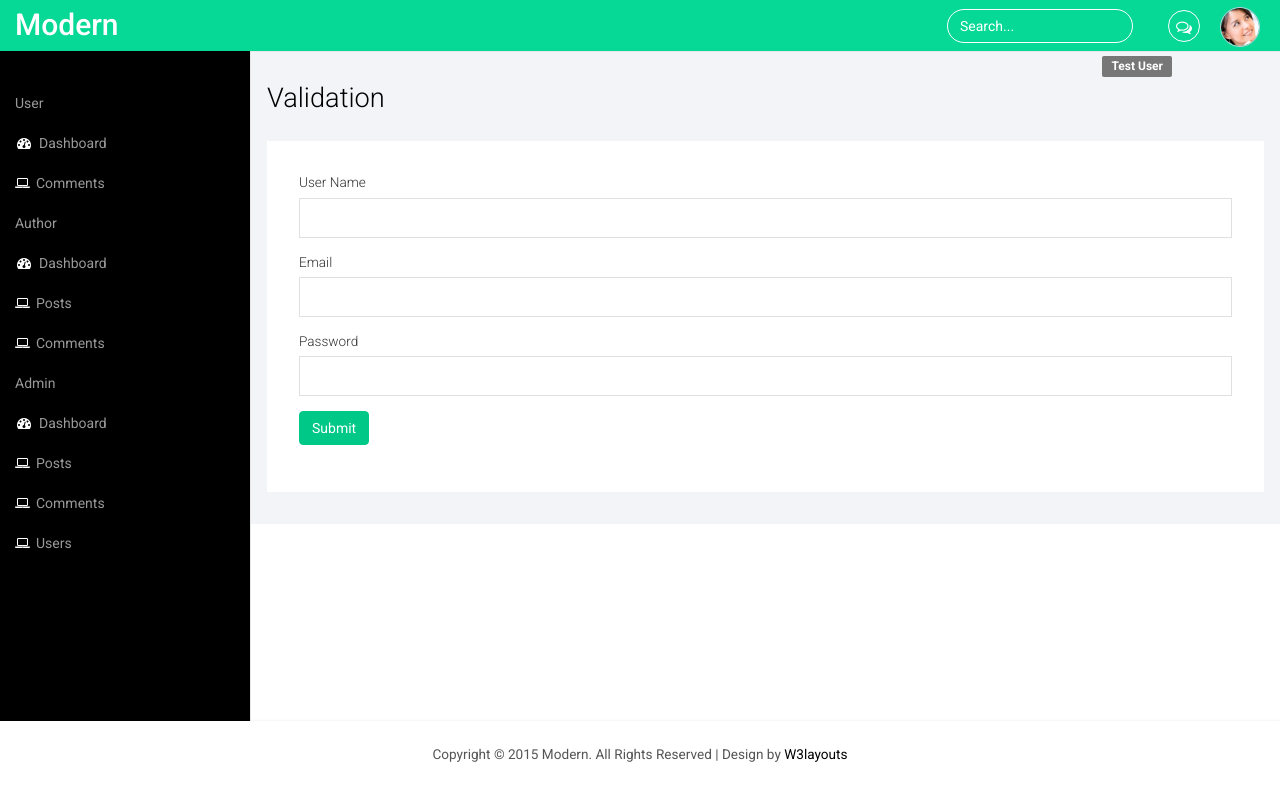
Repository: NomanMustafa/laravel-blog
Page: http://localhost/user/profile
The author's editor kept a copy of each file at every save. The page is drawn from the files as they stood at one save, then again after the next save.
The browser window is 1280 px wide. The pictures show the whole page.
The page is served by the project's Laravel application, run on PHP 8.4 with Laravel 8. A made-up administrator, Test User (test@example.com), is signed in. Other server files are loaded and not shown.

Above is the page before, as saved 2020-07-06 00:49:44.
Console error (its wording comes from the project's code and is left out).

### routes/web.php
<?php

use Illuminate\Support\Facades\Route;

/*
|--------------------------------------------------------------------------
| Web Routes
|--------------------------------------------------------------------------
|
| Here is where you can register web routes for your application. These
| routes are loaded by the RouteServiceProvider within a group which
| contains the "web" middleware group. Now create something great!
|
 */

// Route::get('/', function () {
//     return view('welcome');
// });
Route::get('/', 'PublicControler@index')->name('index');
Route::get('post/{post}', 'PublicControler@singlePost')->name('singlePost');
Route::get('/about', 'PublicControler@about')->name('about');
Route::get('/contect', 'PublicControler@contect')->name('contect');
Route::post('/contect', 'PublicControler@contectPost')->name('contectPost');

Auth::routes();
Route::get('/dashboard', 'HomeController@index')->name('dashboard');

Route::prefix('user')->group(function () {
    Route::get('dashboard', 'UserController@dashboard')->name('userDashboard');
    Route::get('comments', 'UserController@comments')->name('userComments');
    Route::get('profile', 'UserController@profile')->name('userProfile');
});

Route::prefix('author')->group(function () {
    Route::get('dashboard', 'AuthorController@dashboard')->name('authorDashboard');
    Route::get('posts', 'AuthorController@posts')->name('authorPosts');
    Route::get('comments', 'AuthorController@comments')->name('authorComments');
});

Route::prefix('admin')->group(function () {
    Route::get('/dashboard', 'AdminController@dashboard')->name('adminDashboard');
    Route::get('/posts', 'AdminController@posts')->name('adminPosts');
    Route::get('/comments', 'AdminController@comments')->name('adminComments');
    Route::get('/users', 'AdminController@users')->name('adminUsers');
});

### app/Http/Controllers/UserController.php
<?php

namespace App\Http\Controllers;

class UserController extends Controller
{
    public function dashboard()
    {
        return view('user.dashboard');
    }

    public function comments()
    {
        return view('user.comments');
    }
    public function profile()
    {
        return view('user.profile');
    }
}

### resources/views/user/profile.blade.php
@extends('layouts.admin')

@section('content')

<div id="page-wrapper">
     <div class="col-md-12 graphs">
	     <div class="xs">
  	    <h3>Validation</h3>
  	    <div class="well1 white">
        <form class="form-floating ng-pristine ng-invalid ng-invalid-required ng-valid-email ng-valid-url ng-valid-pattern" novalidate="novalidate" ng-submit="submit()">
          <fieldset>
            <div class="form-group">
              <label class="control-label">User Name</label>
              <input type="text" class="form-control1 ng-invalid ng-invalid-required ng-touched" ng-model="model.name" required="">
            </div>
            <div class="form-group">
              <label class="control-label">Email</label>
              <input type="email" class="form-control1 ng-invalid ng-valid-email ng-invalid-required ng-touched" ng-model="model.email" required="">
            </div>
            <div class="form-group">
              <label class="control-label">Password</label>
              <input type="password" class="form-control1 ng-invalid ng-invalid-required ng-touched" ng-model="model.password" required="">
            </div>





            <div class="form-group">
              <button type="submit" class="btn btn-primary">Submit</button>

            </div>
          </fieldset>
        </form>
      </div>
    </div>
    </div>
    </div>


@endsection

### resources/views/layouts/admin.blade.php
<!--
Author: W3layouts
Author URL: http://w3layouts.com
License: Creative Commons Attribution 3.0 Unported
License URL: http://creativecommons.org/licenses/by/3.0/
-->
<!DOCTYPE HTML>
<html>
<head>
<title>Modern an Admin Panel Category Flat Bootstarp Resposive Website Template | Home :: w3layouts</title>
<meta name="viewport" content="width=device-width, initial-scale=1">
<meta http-equiv="Content-Type" content="text/html; charset=utf-8" />
<meta name="keywords" content="Modern Responsive web template, Bootstrap Web Templates, Flat Web Templates, Andriod Compatible web template,
Smartphone Compatible web template, free webdesigns for Nokia, Samsung, LG, SonyErricsson, Motorola web design" />
<script type="application/x-javascript"> addEventListener("load", function() { setTimeout(hideURLbar, 0); }, false); function hideURLbar(){ window.scrollTo(0,1); } </script>
 <!-- Bootstrap Core CSS -->
<link href="{{ asset('admin/assets/css/bootstrap.min.css') }}" rel='stylesheet' type='text/css' />
<!-- Custom CSS -->
<link href="{{ asset('admin/assets/css/style.css') }}" rel='stylesheet' type='text/css' />
<!-- Graph CSS -->
<link href="{{ asset('admin/assets/css/lines.css') }}" rel='stylesheet' type='text/css' />
<link href="{{ asset('admin/assets/css/font-awesome.css') }}" rel="stylesheet">
<!-- jQuery -->
<script src="{{ asset('admin/assets/js/jquery.min.js') }}"></script>
<!----webfonts--->
<link href='http://fonts.googleapis.com/css?family=Roboto:400,100,300,500,700,900' rel='stylesheet' type='text/css'>
<!---//webfonts--->
<!-- Nav CSS -->
<link href="{{ asset('admin/assets/css/custom.css') }}" rel="stylesheet">
<!-- Metis Menu Plugin JavaScript -->
<script src="{{ asset('admin/assets/js/metisMenu.min.js') }}"></script>
<script src="{{ asset('admin/assets/js/custom.js') }}"></script>
<!-- Graph JavaScript -->
<script src="{{ asset('admin/assets/js/d3.v3.js') }}"></script>
<script src="{{ asset('admin/assets/js/rickshaw.js') }}"></script>
</head>
<body>
<div id="wrapper">
     <!-- Navigation -->
       <nav class="top1 navbar navbar-default navbar-static-top" role="navigation" style="margin-bottom: 0">
            @include('includes.admin.headerNavigation')
            @include('includes.admin.sideBar')
                 </nav>
@yield('content')
<script>

var seriesData = [ [], [], [], [], [] ];
var random = new Rickshaw.Fixtures.RandomData(50);

for (var i = 0; i < 75; i++) {
	random.addData(seriesData);
}

var graph = new Rickshaw.Graph( {
	element: document.getElementById("chart"),
	renderer: 'multi',

	dotSize: 5,
	series: [
		{
			name: 'temperature',
			data: seriesData.shift(),
			color: '#AFE9FF',
			renderer: 'stack'
		}, {
			name: 'heat index',
			data: seriesData.shift(),
			color: '#FFCAC0',
			renderer: 'stack'
		}, {
			name: 'dewpoint',
			data: seriesData.shift(),
			color: '#555',
			renderer: 'scatterplot'
		}, {
			name: 'pop',
			data: seriesData.shift().map(function(d) { return { x: d.x, y: d.y / 4 } }),
			color: '#555',
			renderer: 'bar'
		}, {
			name: 'humidity',
			data: seriesData.shift().map(function(d) { return { x: d.x, y: d.y * 1.5 } }),
			renderer: 'line',
			color: '#ef553a'
		}
	]
} );


graph.render();

var detail = new Rickshaw.Graph.HoverDetail({
	graph: graph
});
</script>
</div>
	      <!-- map -->
<link href="{{ asset('admin/assets/css/jqvmap.css') }}" rel='stylesheet' type='text/css' />
<script src="{{ asset('admin/assets/js/jquery.vmap.js') }}"></script>
<script src="{{ asset('admin/assets/js/jquery.vmap.sampledata.js') }}" type="text/javascript"></script>
<script src="{{ asset('admin/assets/js/jquery.vmap.world.js') }}" type="text/javascript"></script>
<script type="text/javascript">
	jQuery(document).ready(function() {
		jQuery('#vmap').vectorMap({
		    map: 'world_en',
		    backgroundColor: '#333333',
		    color: '#ffffff',
		    hoverOpacity: 0.7,
		    selectedColor: '#666666',
		    enableZoom: true,
		    showTooltip: true,
		    values: sample_data,
		    scaleColors: ['#C8EEFF', '#006491'],
		    normalizeFunction: 'polynomial'
		});
	});
</script>
<!-- //map -->
       </div>
       <div class="clearfix"> </div>
    </div>




		<div class="copy">
            <p>Copyright &copy; 2015 Modern. All Rights Reserved | Design by <a href="http://w3layouts.com/" target="_blank">W3layouts</a> </p>
	    </div>

      <!-- /#page-wrapper -->

    <!-- /#wrapper -->
    <!-- Bootstrap Core JavaScript -->
    <script src="{{ asset('admin/assets/js/bootstrap.min.js') }}"></script>
    <link href="{{ asset('admin/assets/css/custom.css') }}" rel="stylesheet">
<!-- Metis Menu Plugin JavaScript -->
<script src="{{ asset('admin/assets/js/metisMenu.min.js') }}"></script>
<script src="{{ asset('admin/assets/js/custom.js') }}"></script>
</body>
</html>

### resources/views/includes/admin/headerNavigation.blade.php
<div class="navbar-header">
     <button type="button" class="navbar-toggle" data-toggle="collapse" data-target=".navbar-collapse">
         <span class="sr-only">Toggle navigation</span>
         <span class="icon-bar"></span>
         <span class="icon-bar"></span>
         <span class="icon-bar"></span>
     </button>
     <a class="navbar-brand" href="index.html">Modern</a>
 </div>
 <!-- /.navbar-header -->
 <ul class="nav navbar-nav navbar-right">
     <li class="dropdown">
         <a href="#" class="dropdown-toggle" data-toggle="dropdown" aria-expanded="false"><i class="fa fa-comments-o"></i></a> <span class="badge">{{ Auth::user()->name }}</span>

     <li class="dropdown">
         <a href="#" class="dropdown-toggle avatar" data-toggle="dropdown"><img src="{{ asset('admin/assets/images/1.png') }}"></a>
         <ul class="dropdown-menu">

             <form id="logout-form" method="post" action="{{ route('logout') }}"> @csrf </form>
             <li class="m_2"><a href="#" onclick="document.getElementById('logout-form').submit();"><i class="fa fa-lock"></i> Logout</a></li>
         </ul>
     </li>
 </ul>
 <form class="navbar-form navbar-right">
     <input type="text" class="form-control" value="Search..." onfocus="this.value = '';" onblur="if (this.value == '') {this.value = 'Search...';}">
 </form>

### resources/views/includes/admin/sideBar.blade.php
<div class="navbar-default sidebar" role="navigation">
    <div class="sidebar-nav navbar-collapse">
        <ul class="nav" id="side-menu">
            <li><a>User</a> </li>
            <li>
                <a href=""><i class="fa fa-dashboard fa-fw nav_icon"></i>Dashboard</a>
            </li>
            <li>
                <a href="#"><i class="fa fa-laptop nav_icon"></i>Comments</a>

                <!-- /.nav-second-level -->
            </li>
            <li> <a>Author</a> </li>
            <li>
                <a href=""><i class="fa fa-dashboard fa-fw nav_icon"></i>Dashboard</a>
            </li>
            <li>
                <a href="#"><i class="fa fa-laptop nav_icon"></i>Posts</a>

                <!-- /.nav-second-level -->
            </li>
            <li>
                <a href="#"><i class="fa fa-laptop nav_icon"></i>Comments</a>

                <!-- /.nav-second-level -->
            </li>
            <li><a>Admin</a></li>
            <li>
                <a href=""><i class="fa fa-dashboard fa-fw nav_icon"></i>Dashboard</a>
            </li>
            <li>
                <a href="#"><i class="fa fa-laptop nav_icon"></i>Posts</a>

                <!-- /.nav-second-level -->
            </li>
            <li>
                <a href="#"><i class="fa fa-laptop nav_icon"></i>Comments</a>

                <!-- /.nav-second-level -->
            </li>
            <li>
                <a href="#"><i class="fa fa-laptop nav_icon"></i>Users</a>

                <!-- /.nav-second-level -->
            </li>



        </ul>
    </div>
    <!-- /.sidebar-collapse -->
</div>
<!-- /.navbar-static-side -->

### public/admin/assets/css/lines.css

.rickshaw_graph .detail {
	pointer-events: none;
	position: absolute;
	top: 0;
	z-index: 2;
	background: rgba(0, 0, 0, 0.1);
	bottom: 0;
	width: 1px;
	transition: opacity 0.25s linear;
	-moz-transition: opacity 0.25s linear;
	-o-transition: opacity 0.25s linear;
	-webkit-transition: opacity 0.25s linear;
}
.rickshaw_graph .detail.inactive {
	opacity: 0;
}
.rickshaw_graph .detail .item.active {
	opacity: 1;
}
.rickshaw_graph .detail .x_label {
	font-family: Arial, sans-serif;
	border-radius: 3px;
	padding: 6px;
	opacity: 0.5;
	border: 1px solid #e0e0e0;
	font-size: 12px;
	position: absolute;
	background: white;
	white-space: nowrap;
}
.rickshaw_graph .detail .x_label.left {
	left: 0;
}
.rickshaw_graph .detail .x_label.right {
	right: 0;
}
.rickshaw_graph .detail .item {
	position: absolute;
	z-index: 2;
	border-radius: 3px;

	font-size: 12px;
	font-family: Arial, sans-serif;
	opacity: 0;
	background: rgba(0, 0, 0, 0.4);
	color: white;
	border: 1px solid rgba(0, 0, 0, 0.4);
	margin-left: 1em;
	margin-right: 1em;
	margin-top: -1em;
	white-space: nowrap;
}
.rickshaw_graph .detail .item.left {
	left: 0;
}
.rickshaw_graph .detail .item.right {
	right: 0;
}
.rickshaw_graph .detail .item.active {
	opacity: 1;
	background: rgba(0, 0, 0, 0.8);
}
.rickshaw_graph .detail .item:after {
	position: absolute;
	display: block;
	width: 0;
	height: 0;

	content: "";

	border: 5px solid transparent;
}
.rickshaw_graph .detail .item.left:after {
	top: 1em;
	left: -5px;
	margin-top: -5px;
	border-right-color: rgba(0, 0, 0, 0.8);
	border-left-width: 0;
}
.rickshaw_graph .detail .item.right:after {
	top: 1em;
	right: -5px;
	margin-top: -5px;
	border-left-color: rgba(0, 0, 0, 0.8);
	border-right-width: 0;
}
.rickshaw_graph .detail .dot {
	width: 4px;
	height: 4px;
	margin-left: -3px;
	margin-top: -3.5px;
	border-radius: 5px;
	position: absolute;
	box-shadow: 0 0 2px rgba(0, 0, 0, 0.6);
	box-sizing: content-box;
	-moz-box-sizing: content-box;
	background: white;
	border-width: 2px;
	border-style: solid;
	display: none;
	background-clip: padding-box;
}
.rickshaw_graph .detail .dot.active {
	display: block;
}
/* graph */
#chart {
  width: 649px !important;
  height: 400px !important;
  background-color: #fff;
}
.rickshaw_graph {
	position: relative;
}
.rickshaw_graph svg {
  display: block;
  overflow: hidden;
}
@media (max-width:1366px){
#chart {
  width:533px !important;
}
}
@media (max-width:1280px){
#chart {
  width:483px !important;
}
canvas#doughnut, canvas#line, canvas#polarArea, #bar, #pie, #radar {
  width: 308px !important;
  height: 220px !important;
}
}
@media (max-width:1024px){
#chart {
  width:360px !important;
  height:300px !important;
}
}
@media (max-width:768px){
#chart {
  width:468px !important;
  height: 300px !important;
}
}
@media (max-width:736px){
#chart {
  width:685px !important;
  height: 300px !important;
}
}
@media (max-width:640px){
#chart {
  width:580px !important;
  height:250px !important;
}
}
@media (max-width:540px){
#chart {
  width:464px !important;
  height:250px !important;
}
}
@media (max-width:480px){
#chart {
  width:447px !important;
  height:250px !important;
}
}
@media (max-width:320px){
#chart {
  width:298px !important;
  height:250px !important;
}
.copy {
  padding: 10px;
}
.copy p{
  font-size:13px;
}
.btn-group-lg>.btn, .btn-lg {
  padding: 6px 7px;
  font-size: 16px;
}
.label {
  font-size: 56%;
}
.pagination-lg>li>a, .pagination-lg>li>span {
  padding: 8px 13px;
  font-size: 15px;
}
.nav>li>a {
  padding: 7px 8px;
}
.modal-dialog {
  width: 245px !important;
}
}

### public/admin/assets/css/custom.css
#wrapper {
    width: 100%;
}
#page-wrapper {
    /*--padding: 0 15px;--*/
    min-height: 568px;
    background-color: #fff;
}

@media(min-width:768px) {
    #page-wrapper {
        position: inherit;
        margin: 0 0 0 250px;
        /*--padding: 0 30px;--*/
        border-left: 1px solid #e7e7e7;
    }
}

.navbar-top-links {
    margin-right: 0;
}

.navbar-top-links li {
    display: inline-block;
}

.navbar-top-links li:last-child {
    margin-right: 15px;
}

.navbar-top-links li a {
    padding: 15px;
    min-height: 50px;
}

.navbar-top-links .dropdown-menu li {
    display: block;
}

.navbar-top-links .dropdown-menu li:last-child {
    margin-right: 0;
}

.navbar-top-links .dropdown-menu li a {
    padding: 3px 20px;
    min-height: 0;
}

.navbar-top-links .dropdown-menu li a div {
    white-space: normal;
}

.navbar-top-links .dropdown-messages,
.navbar-top-links .dropdown-tasks,
.navbar-top-links .dropdown-alerts {
    width: 310px;
    min-width: 0;
}
.navbar-top-links .dropdown-messages {
    margin-left: 5px;
}
.navbar-top-links .dropdown-tasks {
    margin-left: -59px;
}

.navbar-top-links .dropdown-alerts {
    margin-left: -123px;
}

.navbar-top-links .dropdown-user {
    right: 0;
    left: auto;
}

.sidebar .sidebar-nav.navbar-collapse {
    padding-right: 0;
    padding-left: 0;
}

.sidebar .sidebar-search {
    padding: 15px;
}
.sidebar .arrow {
    float: right;
}

.sidebar .fa.arrow:before {
    content: "\f104";
}

.sidebar .active>a>.fa.arrow:before {
    content: "\f107";
}

.sidebar .nav-second-level li,
.sidebar .nav-third-level li {
    border-bottom: 0!important;
}

.sidebar .nav-second-level li a {
    padding-left: 37px;
}

.sidebar .nav-third-level li a {
    padding-left: 52px;
}

@media(min-width:768px) {
    .sidebar {
        z-index: 1;
        position: absolute;
        width: 250px;
        margin-top: 51px;
    }

    .navbar-top-links .dropdown-messages,
    .navbar-top-links .dropdown-tasks,
    .navbar-top-links .dropdown-alerts {
        margin-left: auto;
    }
}

### public/admin/assets/css/jqvmap.css
/*!
 * jQVMap Version 1.0
 *
 * http://jqvmap.com
 *
 * Copyright 2012, Peter Schmalfeldt <manifestinteractive@gmail.com>
 * Licensed under the MIT license.
 *
 * Fork Me @ https://github.com/manifestinteractive/jqvmap
 */
.jqvmap-label
{
	position: absolute;
	display: none;
	-webkit-border-radius: 3px;
	-moz-border-radius: 3px;
	border-radius: 3px;
	background: #292929;
	color: white;
	font-family: sans-serif, Verdana;
	font-size: smaller;
	padding: 3px;
}
.jqvmap-zoomin, .jqvmap-zoomout
{
  position: absolute;
  left: 10px;
  -webkit-border-radius: 3px;
  -moz-border-radius: 3px;
  border-radius: 3px;
  background: #000000;
  padding: 1px;
  color: white;
  width: 10px;
  height: 10px;
  cursor: pointer;
  line-height: 9px;
  text-align: center;
}
.jqvmap-zoomin
{
	top: 10px;
}
.jqvmap-zoomout
{
	top: 30px;
}
.jqvmap-region
{
  cursor: pointer;
}
.jqvmap-ajax_response
{
  width: 100%;
  height: 500px;
}

Loaded but not shown: app/Providers/AppServiceProvider.php (common file); app/Http/Controllers/Auth/LoginController.php (common file); app/Http/Controllers/Controller.php (common file); app/Http/Controllers/Auth/ConfirmPasswordController.php (common file); app/User.php (common file); public/admin/assets/css/bootstrap.min.css (library); public/admin/assets/css/font-awesome.css (library); public/admin/assets/js/jquery.min.js (library); public/admin/assets/js/metisMenu.min.js (common file); public/admin/assets/js/d3.v3.js (library); public/admin/assets/js/jquery.vmap.js (library); public/admin/assets/js/jquery.vmap.sampledata.js (common file); public/admin/assets/js/jquery.vmap.world.js (library); public/admin/assets/js/bootstrap.min.js (library); public/admin/assets/js/rickshaw.js (3908 lines, source omitted); public/admin/assets/js/custom.js (36 lines, source omitted); public/admin/assets/css/style.css (2713 lines, source omitted)

After the next save:
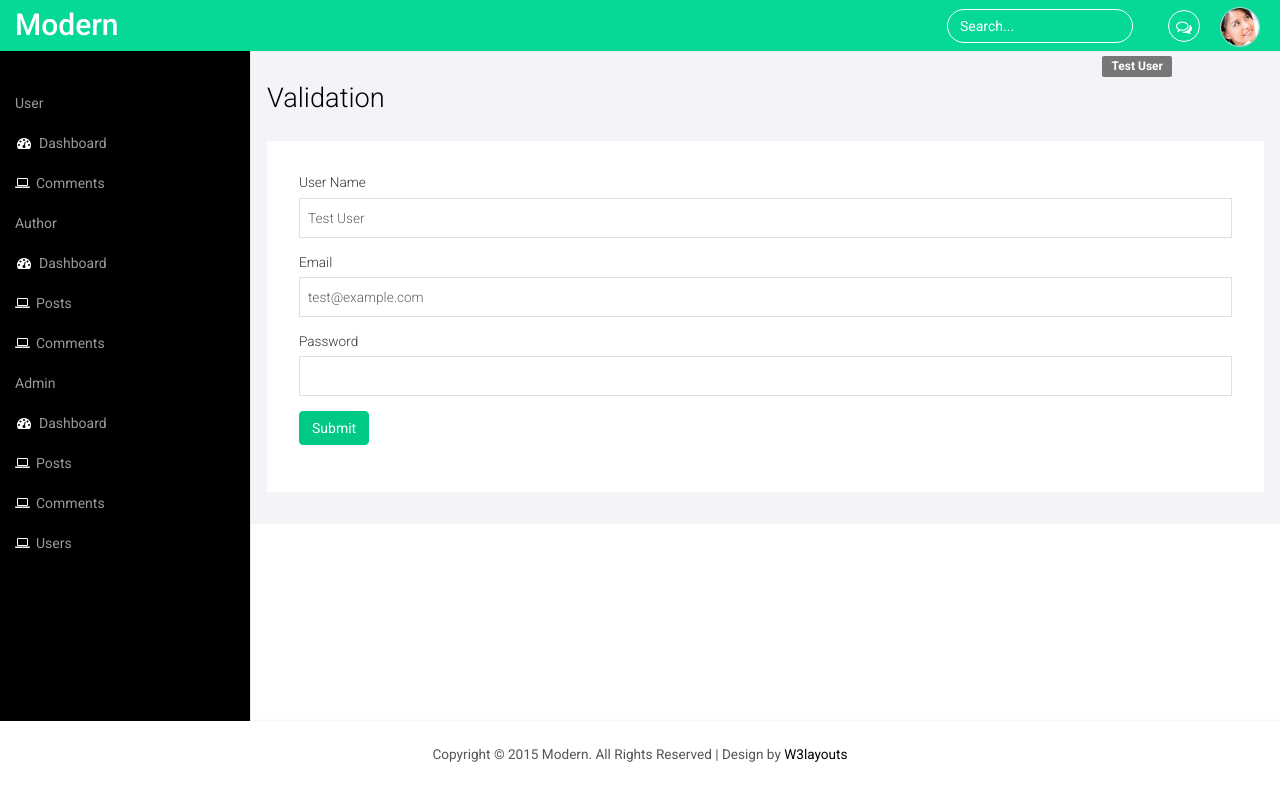
Saved 4 min 42 s later.
--- a/resources/views/user/profile.blade.php
+++ b/resources/views/user/profile.blade.php
@@ -11,15 +11,15 @@
           <fieldset>
             <div class="form-group">
               <label class="control-label">User Name</label>
-              <input type="text" class="form-control1 ng-invalid ng-invalid-required ng-touched" ng-model="model.name" required="">
+              <input type="text" name="name" class="form-control1 ng-invalid ng-invalid-required ng-touched" ng-model="model.name" required="" value="{{ Auth::user()->name }}">
             </div>
             <div class="form-group">
               <label class="control-label">Email</label>
-              <input type="email" class="form-control1 ng-invalid ng-valid-email ng-invalid-required ng-touched" ng-model="model.email" required="">
+              <input type="email" name="email" class="form-control1 ng-invalid ng-valid-email ng-invalid-required ng-touched" ng-model="model.email" required="" value="{{ Auth::user()->email }}">
             </div>
             <div class="form-group">
               <label class="control-label">Password</label>
-              <input type="password" class="form-control1 ng-invalid ng-invalid-required ng-touched" ng-model="model.password" required="">
+              <input type="password" class="form-control1 ng-invalid ng-invalid-required ng-touched" ng-model="model.password" required="" >
             </div>
 
 
